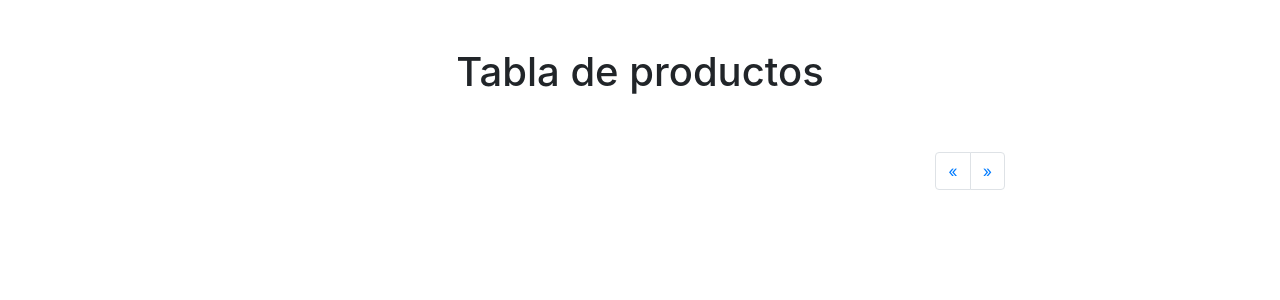
Repository: pedro-donoso/tabla-paginada
Page: index.html
An editor plug-in stored every save of this project. The page is shown before and after a run of saves, followed by the edit.
The browser window is 1280 px wide. The pictures show the whole page.

Above is the page before, as saved 2024-02-06 16:44:56.

After the next 7 saves:
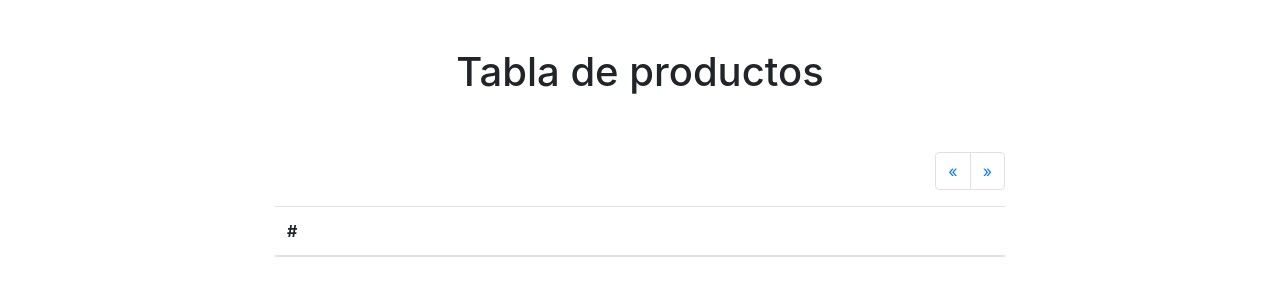
The 7 saves are shown as one change because they came seconds apart.
The last was saved 18 s later.
--- a/index.html
+++ b/index.html
@@ -41,7 +41,11 @@
                 </div>
 
                 <table class="table table-striped">
-
+                    <thead>
+                        <tr>
+                            <th>#</th>
+                        </tr>
+                    </thead>
                 </table>
 
             </div>
